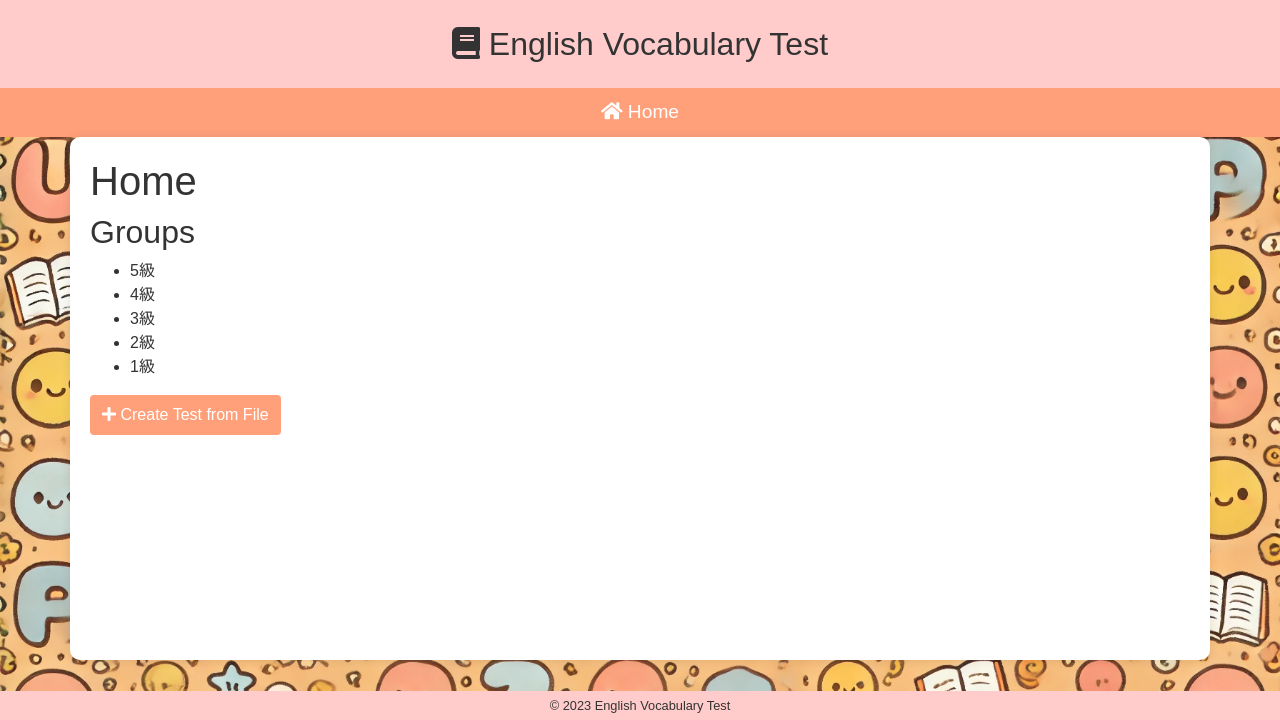
Repository: YamatoGH/testapp
Page: http://localhost/
These files come from the project's save history. The page is drawn as it stood at one moment and after the next save; the edit follows.
The browser window is 1280 px wide. The pictures show the whole page.
The page is served by the project's application, run on Django 5.2 (manage.py). The page reads the database file committed with the project.

Above is the page before, as saved 2024-08-01 17:46:06.

After the next save:
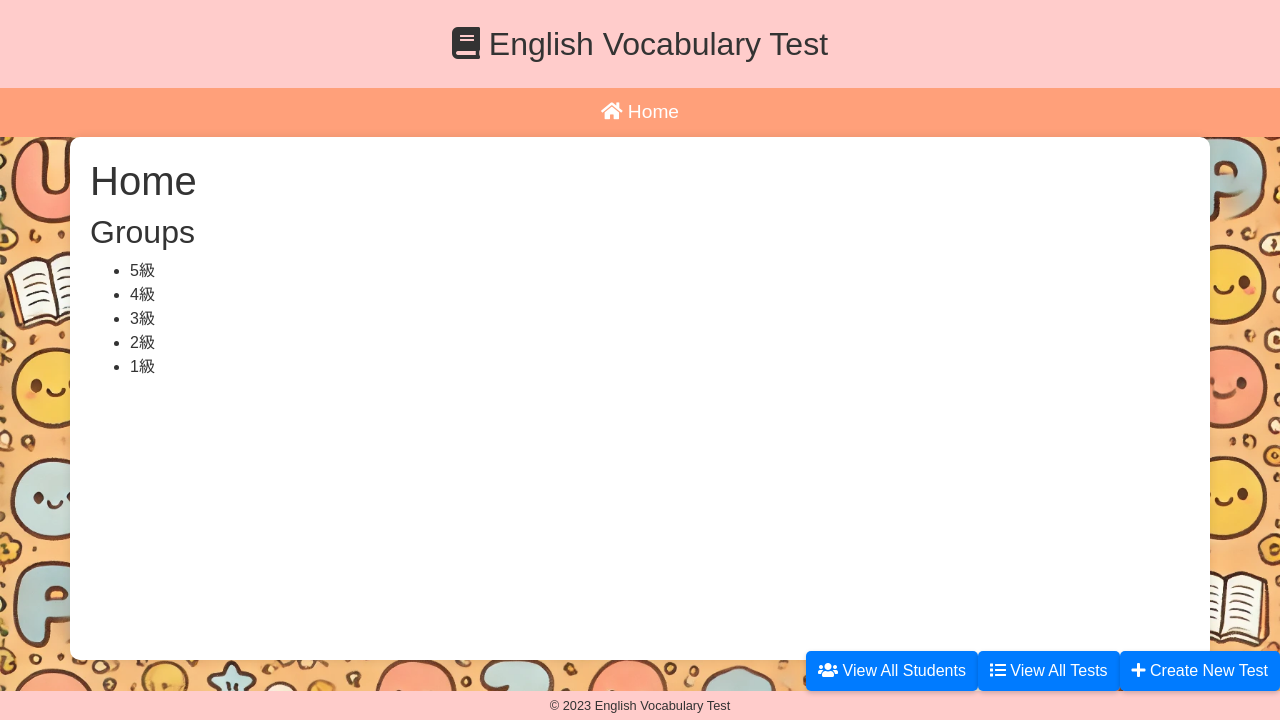
Saved 26 s later.
--- a/testapp/templates/testapp/home.html
+++ b/testapp/templates/testapp/home.html
@@ -16,13 +16,9 @@
     <p>No groups available.</p>
 {% endif %}
 
-<a href="{% url 'create_test_from_file' %}" class="btn btn-custom"><i class="fas fa-plus"></i> Create Test from File</a>
-{% endblock %}
-
-
-
 <div class="fixed-buttons">
     <a href="/students/" class="btn btn-custom view-all-students-button"><i class="fas fa-users"></i> View All Students</a>
     <a href="/all-tests/" class="btn btn-custom all-tests-button"><i class="fas fa-list"></i> View All Tests</a>
     <a href="/create-test-from-file/" class="btn btn-custom create-test-button"><i class="fas fa-plus"></i> Create New Test</a>
 </div>
+{% endblock %}
